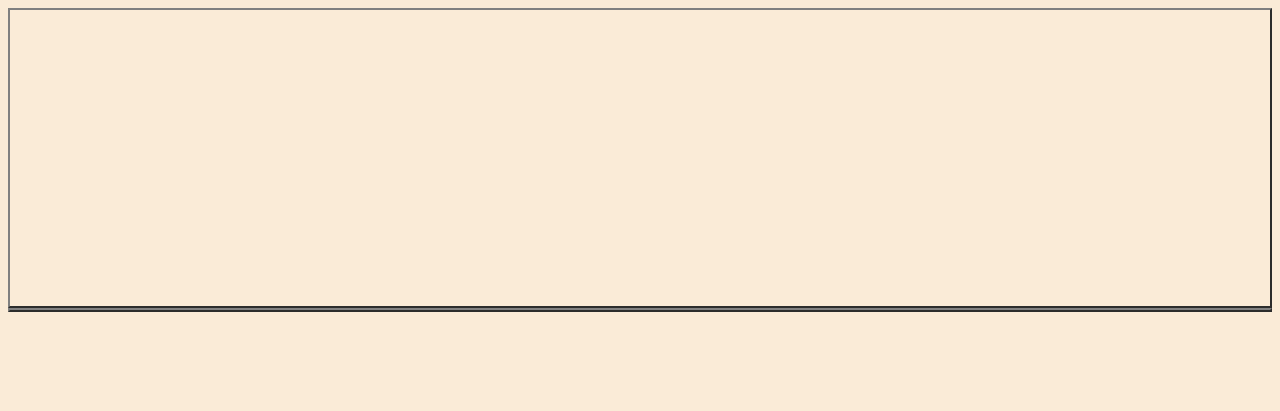
Repository: DAXMZB/Project
Page: http://localhost/SP2/
The author's editor kept a copy of each file at every save. The page is drawn from the files as they stood at one save, then again after the next save.
The browser window is 1280 px wide. The pictures show the whole page.
The page is served by Tomcat 9.

Above is the page before, as saved 2026-02-04 11:39:02.

After the next save:
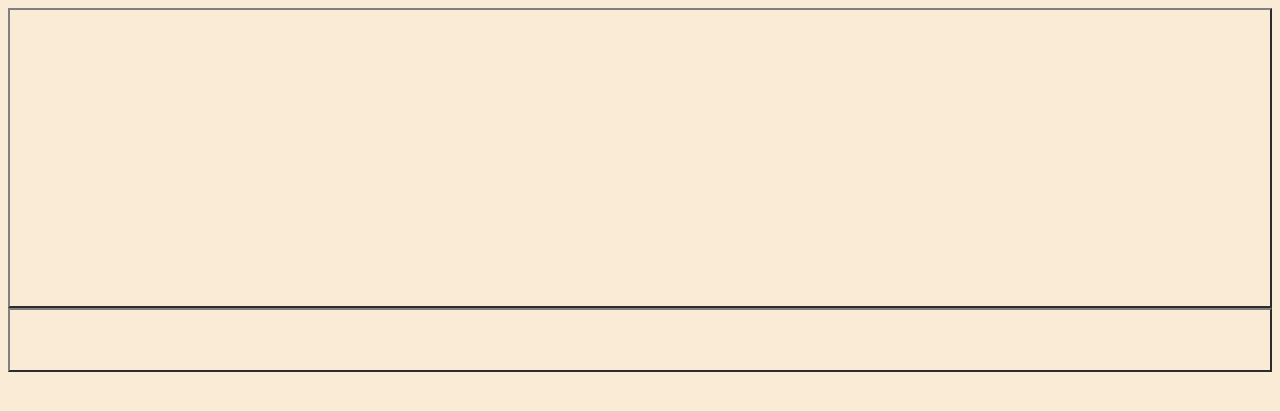
Saved 32 s later.
--- a/SP2/src/main/webapp/index.jsp
+++ b/SP2/src/main/webapp/index.jsp
@@ -12,7 +12,7 @@
 		<tr bgcolor=black></tr>
 	</table>
 	<table width="100%" border="2">
-
+		<tr height=60></tr>
 	</table>
 </body>
 </html>
